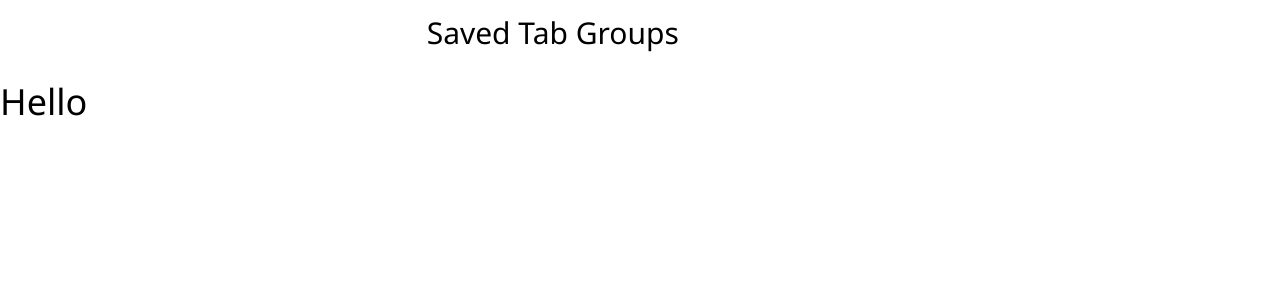
Repository: pixman92/GitTab
Page: background.html
An editor plug-in stored every save of this project. The page is shown before and after the next save, followed by the edit.
The browser window is 1280 px wide. The pictures show the whole page.

Above is the page before, as saved 2020-02-13 21:33:26.
Console error: SyntaxError: Unexpected token '.'

### background.html
<html>
    <head>
    <meta charset="UTF-8">
    <meta name="viewport" content="width=device-width, initial-scale=1.0">
    <meta http-equiv="X-UA-Compatible" content="ie=edge">
    <title>background</title>

    <link rel="stylesheet" href="pure-min.css">
    <link rel="stylesheet" href="w3.css">



    <!-- <script src="https://www.gstatic.com/firebasejs/5.5.9/firebase.js"></script> -->
    <!-- <script src="firebase.js"></script>
    <script src="firestoreStuff.js"></script>
    <script src="helperfunctions.js"></script> -->
    <script src="background.js"></script>
    <script src="backgroundNew.js"></script>
    <script src="TabObj.js"></script>
    <script src="CSS_tweaking.js"></script>

    <link rel="stylesheet" href="styles.css">




</head>
<body>
    <div class="pure-g">
        <div class="pure-u-1-3"></div>
        <div class="pure-u-1-3">
            <h2>Saved Tab Groups</h2>
        </div>
        <div class="pure-u-1-3"></div>

    </div>

    <h1 id='hello'>Hello</h1>

    <div id="placeHolder">
        <div class="gridSaved">


        </div>

    </div>

</body>
</html>

### background.js
//file that saves Current tabs on open
//displays all tabs found in BIGTAB
//
//also, to allow for deleting in BIGTAB arr[]

var userBIG;
function makeOrGet(){
    try {
       pullBIG();

    } catch (error) {
        console.log('error', error);
    }
}

### backgroundNew.js

window.onload = ()=>{
    // makeNice();

    makeObjects();

    chrome.storage.sync.get(['saveMe'], (result)=>{
        if(result.saveMe==true){
            pullBIG();
            retrieved.add()
            chrome.storage.sync.set({'saveMe': false});
        }
    });

//    receiveMessage();
}


//========================================

//file reserved for opening & deleting of grouped TAB objects
//soon to be OLD
var str=""; var tabSaved="";
function makeNice(){

    chrome.storage.sync.get(['tabSet'], (result)=>{
        tabSaved = result.tabSet;
        console.log('tab2', tabSaved);

        //========================================
        for(var i=0; i<tabSaved.length; i++){
            //required \" to make URL (a href) work!
            str+=makeStr(["<div class='grid1'>", "<div>","<a target='_blank'  href=\"", tabSaved[i].url.toString(), "\">", tabSaved[i].title.toString(), "</a>", "</div>", "</div>" ]);
        }
        // console.log('str', str);
        document.getElementById('placeHolder').innerHTML = str;

        str="";
    });
}
//========================================

var tabToObj;
var singleNewTABGroup;
function makeObjects(){
    try{
        pullBIG();
    }catch(error){
        console.log('error', error);
    }
    chrome.storage.sync.get(['tabSet'], (result)=>{
        tabToObj = result.tabSet;
        singleNewTABGroup = new SingleTABGroup(tabToObj['title'], tabToObj['tabs']);
        retrieved.add(singleNewTABGroup);
        retrieved.addToStorage();
    });

}

var saveBIGTAB; var retrieved;
function pullBIG(){
    //retrieved - main Variable to work with
    chrome.storage.sync.get(['BIGTAB'], (result)=>{
        saveBIGTAB = result.BIGTAB;
        console.log('saveBIGTAB', saveBIGTAB);
        retrieved = new BIGTAB();


        // retrieved.add(saveBIGTAB);
        for(var i=0; i<saveBIGTAB.length; i++){
            retrieved.add(saveBIGTAB[0]);
        }

        return saveBIGTAB;
    });


}
.



//========================================

//functions to print out HTML




//========================================

function makeStr(arr){
    return arr.join("")
}

function wait(timout){
    return new Promise(resolve=>setTimeout(resolve, timout));
}

### TabObj.js
//file for TAB object framework

var SingleTABGroup = function(title, tabs){
    var tmpDate = new Date();
    this.date = tmpDate;

    this.title = title;
    this.tabs = tabs;
}



class BIGTAB {

    // big = new BIGTAB()
    // big.add(single)
    // big.get()[0] - > dates/title/tabs


    constructor(){
        this.single=[];
    //     this.single.push(SingleTAB);
    }

    add(data){
        if(data){
            this.single.push(data);
        }else{
            console.log('nothing to add');
        }
        console.log('remember to addToStorage()');
        // return single;
    }
    get(){
        return this.single;
    }

    addToStorage(){
        chrome.storage.sync.set({'BIGTAB': this.single});
    }

}

// function replaceBIGTABInStorage(BIGTAB){
//     chrome.storage.sync.set({'BIGTAB': BIGTAB});

// }

### CSS_tweaking.js


// funcitons for tweaking CSS
function cssMe(selector, styleMe, change){
    document.getElementById(selector).style[styleMe] = change;
}

### styles.css
.gridSaved{
    display:grid;
    grid-template-rows: 1fr 1fr;
}

.margBottom{
    margin-bottom: 1em;
}
/* .container{
    width: 23%;
} */

.center{
    margin-left: auto;
    margin-right: auto;
    width: 50%;
}

Loaded but not shown: pure-min.css (library); w3.css (library)

After the next save:
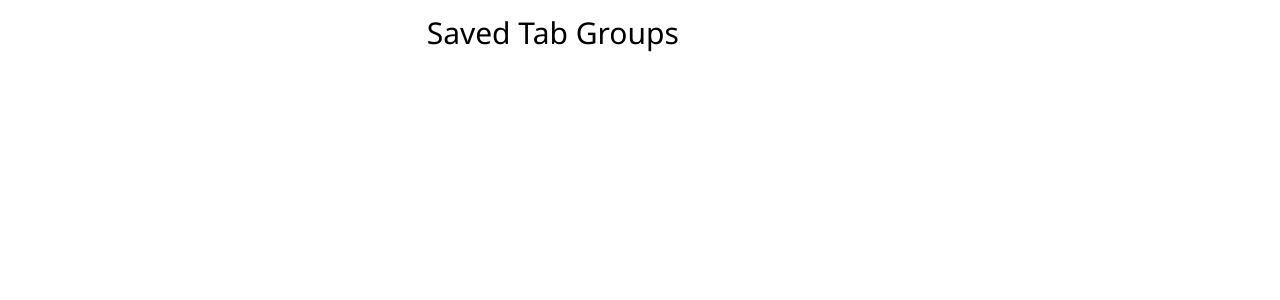
Saved 49 s later.
--- a/background.html
+++ b/background.html
@@ -35,13 +35,17 @@
 
     </div>
 
-    <h1 id='hello'>Hello</h1>
+    <!-- <h1 id='hello'>Hello</h1> -->
 
     <div id="placeHolder">
-        <div class="gridSaved">
+        <!-- <div class="gridSaved"> -->
+        <div class="pure-g">
+
+        </div>
 
 
-        </div>
+
+        <!-- </div> -->
 
     </div>
 
